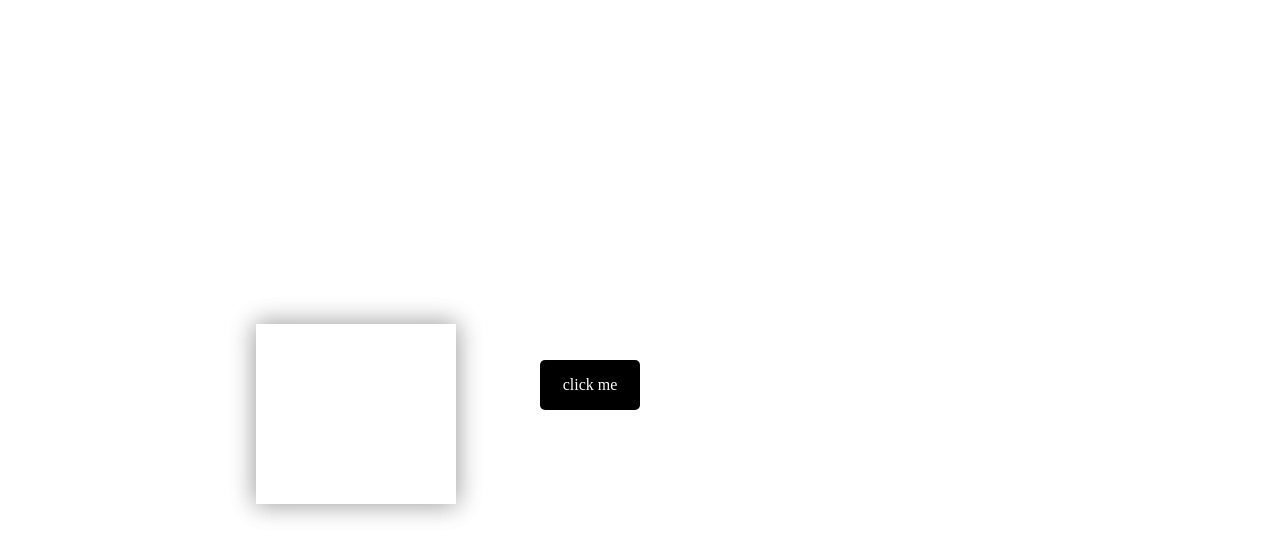
Repository: NguyenDucHung20002/project-demo2
Page: test/test2.html
These files come from the project's save history. The page is drawn as it stood at one moment and after the next save; the edit follows.
The browser window is 1280 px wide. The pictures show the whole page.
The style sheet was rebuilt from its Sass, Less or Tailwind sources for each picture, by a compiler version that may differ from the author's.

Above is the page before, as saved 2022-05-21 14:28:03.

### test/test2.html
<!DOCTYPE html>
<html lang="en">
  <head>
    <meta charset="UTF-8" />
    <meta http-equiv="X-UA-Compatible" content="IE=edge" />
    <meta name="viewport" content="width=device-width, initial-scale=1.0" />
    <link rel="stylesheet" href="../dist/css/test2.css" />
    <link rel="stylesheet" href="/reset.css" />
    <title>Document</title>
  </head>
  <body>
    <div class="btn">click me</div>
    <div class="active-added-product">
      <div data-id="1" class="added-product"></div>
      <div data-id="2" class="added-product"></div>
    </div>
  </body>
  <script
    src="https://cdnjs.cloudflare.com/ajax/libs/jquery/3.6.0/jquery.min.js"
    integrity="sha512-894YE6QWD5I59HgZOGReFYm4dnWc1Qt5NtvYSaNcOP+u1T9qYdvdihz0PPSiiqn/+/3e7Jo4EaG7TubfWGUrMQ=="
    crossorigin="anonymous"
    referrerpolicy="no-referrer"
  ></script>
  <script src="test2.js"></script>
</html>

### reset.css
*,
*::after,
*::before {
  margin: 0;
  padding: 0;
  box-sizing: border-box;
}
a {
  text-decoration: none;
  /* mặc đinh là text-decoration: underline; */
}
ul,
ol {
  list-style: none;
}
input,
button {
  outline: none;
  border: none;
  background: none;
}
table,
th,
td {
  border-collapse: collapse;
}

### test/test2.js
$(".btn").click(function (e) {
  e.preventDefault();
  console.log("con cac");
});

### test/test2.scss
.btn{
  width: 100px;
  height: 50px;
  background-color: black;
  color: white;
  border-radius: 5px;
  position: absolute;
  text-align: center;
  line-height: 50px;
  top: 50%;
  right: 50%;
  cursor: pointer;
}
.active-added-product{
  .added-product{
    width: 200px;
    height: 180px;
    background-color: white;
    box-shadow: 0px 0px 24px 1px rgba(0, 0, 0, 0.21);
    position: absolute;
    bottom: 30%;
    left: 20%;
  }
}

After the next save:
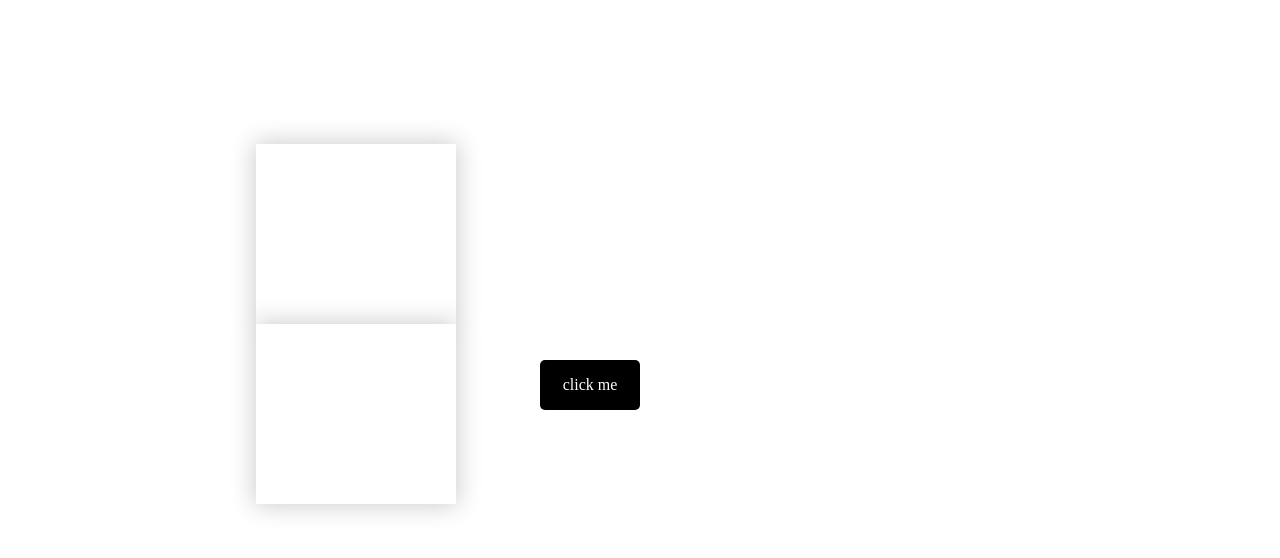
Saved 52 s later.
--- a/test/test2.scss
+++ b/test/test2.scss
@@ -12,13 +12,13 @@
   cursor: pointer;
 }
 .active-added-product{
+  position: absolute;
+  bottom: 30%;
+  left: 20%;
   .added-product{
     width: 200px;
     height: 180px;
     background-color: white;
     box-shadow: 0px 0px 24px 1px rgba(0, 0, 0, 0.21);
-    position: absolute;
-    bottom: 30%;
-    left: 20%;
   }
 }
